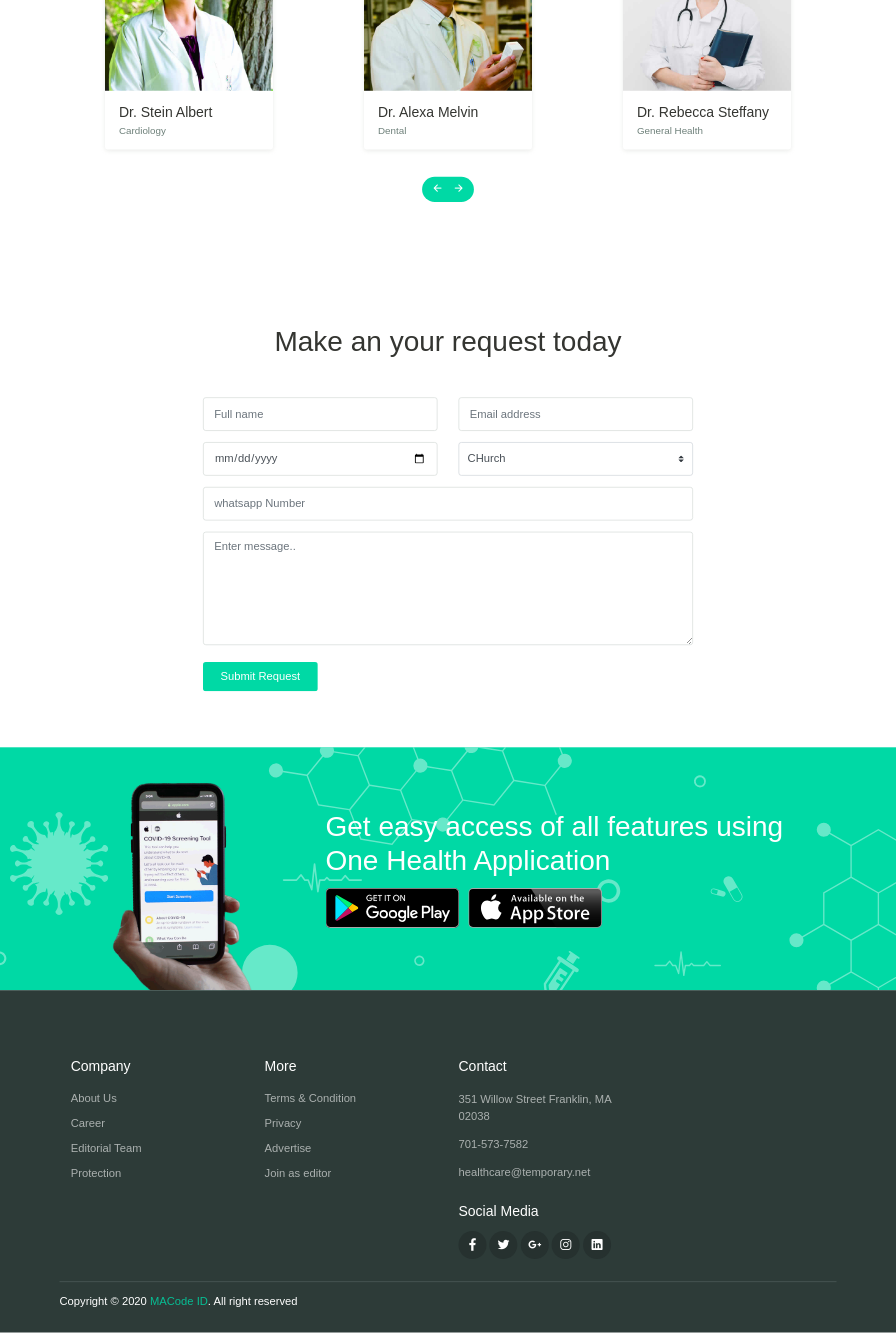
Repository: profbkmurage/myWeb
Page: html/index.html
An editor plug-in stored every save of this project. The page is shown before and after the next save, followed by the edit.
The browser window is 1280 px wide. The pictures show the part of the page from y = 1651 to 3571 px (the page is 3555 px tall before and 3571 px after), at 70% of full size.

Above is the page before, as saved 2023-12-10 16:09:56.

After the next save:
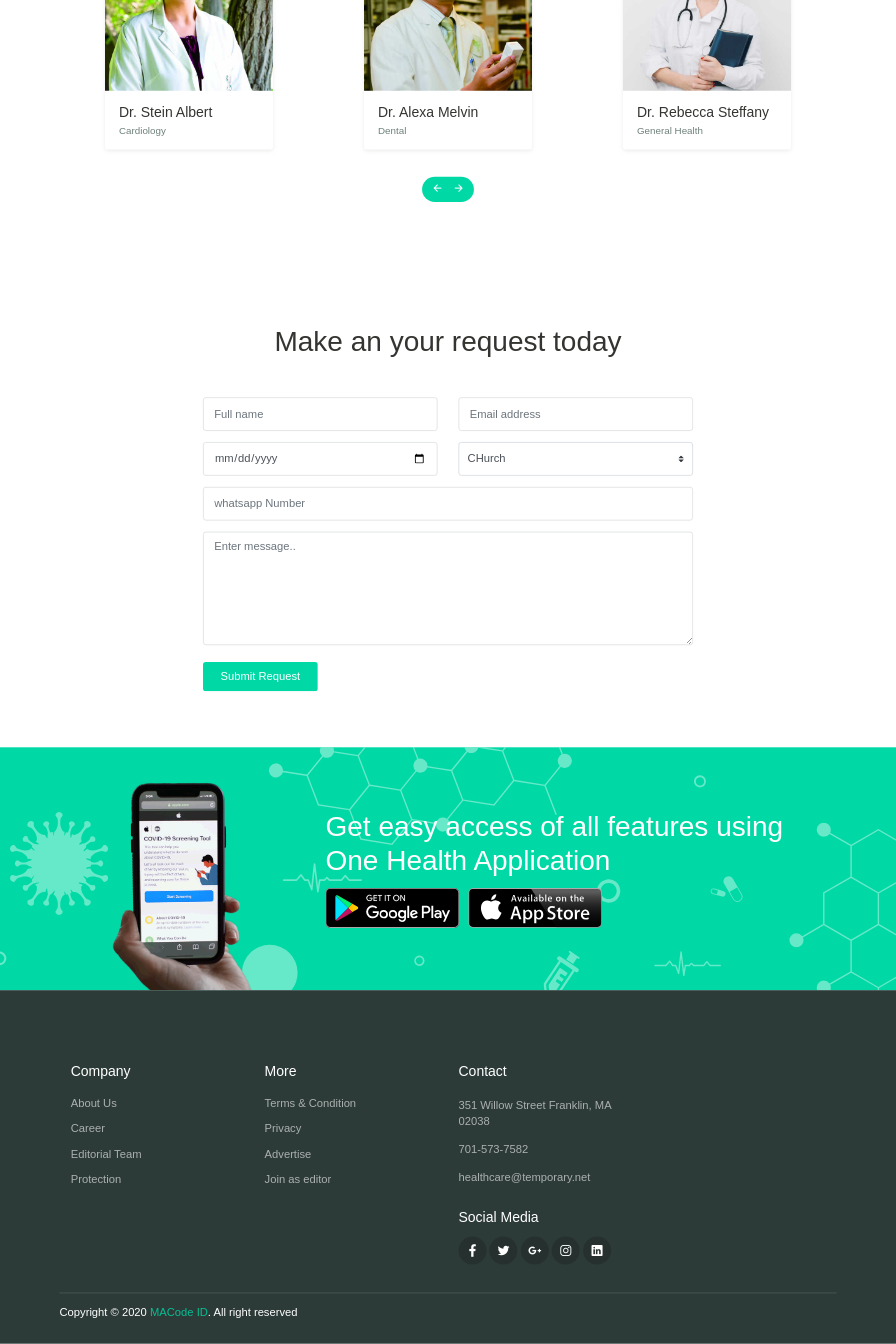
Saved 47 s later.
--- a/html/index.html
+++ b/html/index.html
@@ -376,7 +376,7 @@
   <footer class="page-footer">
     <div class="container">
       <div class="row px-md-3">
-        <div class="col-sm-6 col-lg-3 py-3">
+        <div class="col-sm-6 col-lg-3 py-4">
           <h5>Company</h5>
           <ul class="footer-menu">
             <li><a href="#">About Us</a></li>
@@ -385,7 +385,7 @@
             <li><a href="#">Protection</a></li>
           </ul>
         </div>
-        <div class="col-sm-6 col-lg-3 py-3">
+        <div class="col-sm-6 col-lg-3 py-4">
           <h5>More</h5>
           <ul class="footer-menu">
             <li><a href="#">Terms & Condition</a></li>
@@ -402,7 +402,7 @@
             <li><a href="#">One-Live</a></li>
           </ul>
         </div> -->
-        <div class="col-sm-6 col-lg-3 py-3">
+        <div class="col-sm-6 col-lg-3 py-4">
           <h5>Contact</h5>
           <p class="footer-link mt-2">351 Willow Street Franklin, MA 02038</p>
           <a href="#" class="footer-link">701-573-7582</a>

After the save that followed:
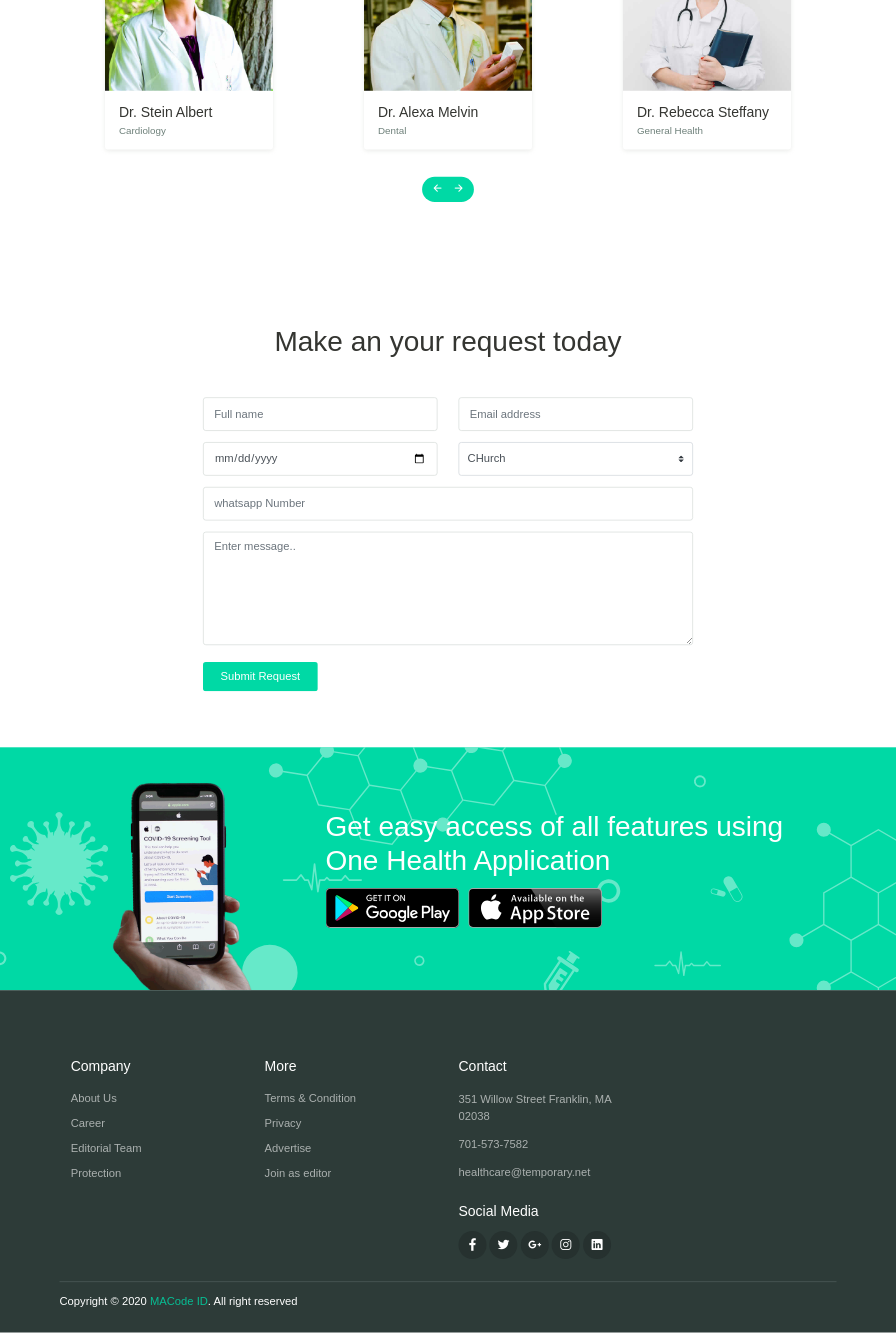
Saved 23 s later.
--- a/html/index.html
+++ b/html/index.html
@@ -376,7 +376,7 @@
   <footer class="page-footer">
     <div class="container">
       <div class="row px-md-3">
-        <div class="col-sm-6 col-lg-3 py-4">
+        <div class="col-sm-6 col-lg-3 py-3">
           <h5>Company</h5>
           <ul class="footer-menu">
             <li><a href="#">About Us</a></li>
@@ -385,7 +385,7 @@
             <li><a href="#">Protection</a></li>
           </ul>
         </div>
-        <div class="col-sm-6 col-lg-3 py-4">
+        <div class="col-sm-6 col-lg-3 py-3">
           <h5>More</h5>
           <ul class="footer-menu">
             <li><a href="#">Terms & Condition</a></li>
@@ -402,7 +402,7 @@
             <li><a href="#">One-Live</a></li>
           </ul>
         </div> -->
-        <div class="col-sm-6 col-lg-3 py-4">
+        <div class="col-sm-6 col-lg-3 py-3">
           <h5>Contact</h5>
           <p class="footer-link mt-2">351 Willow Street Franklin, MA 02038</p>
           <a href="#" class="footer-link">701-573-7582</a>
